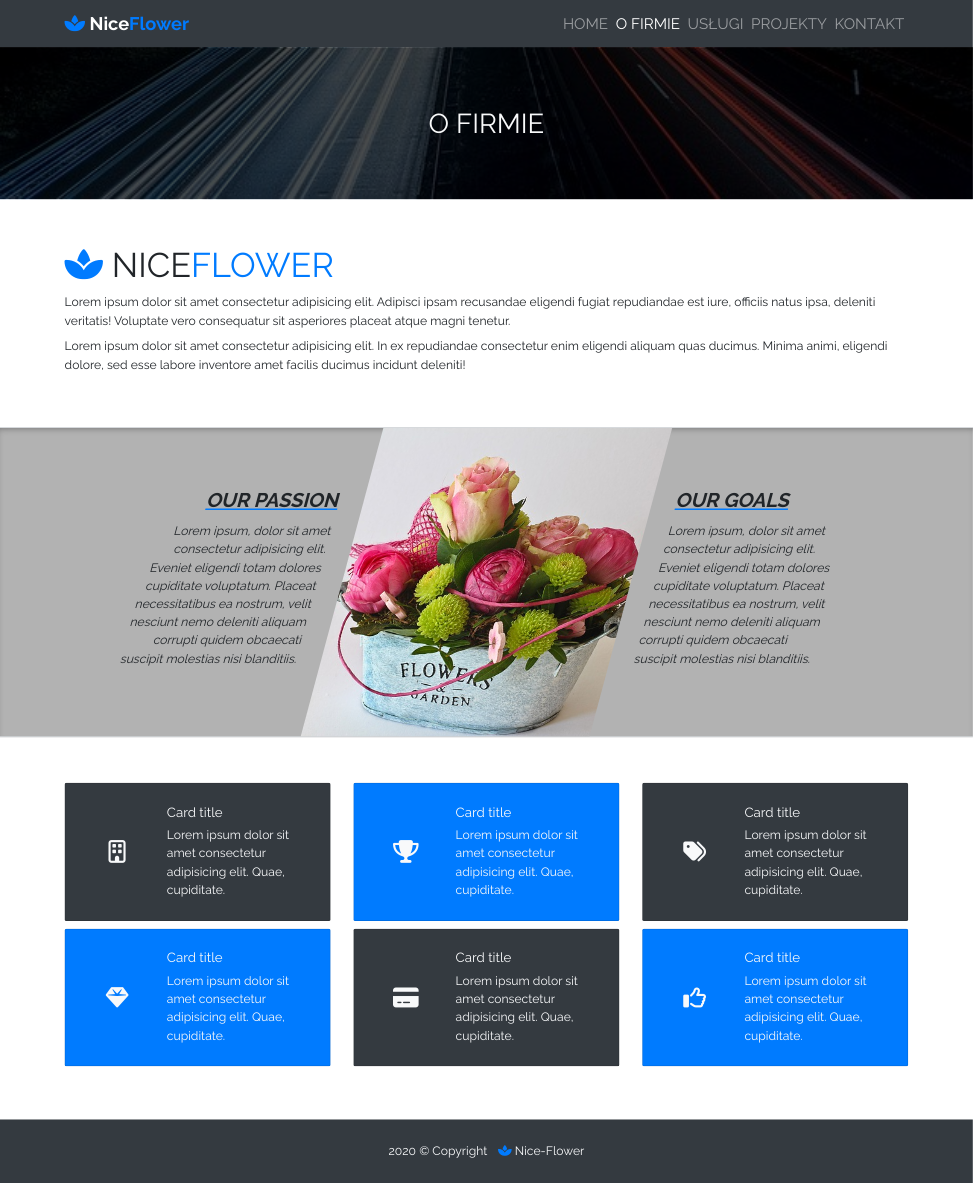
Repository: KrzysKolo/Projekt-13_Kwiaciarnia
Page: abouteus.html
The author's editor kept a copy of each file at every save. The page is drawn from the files as they stood at one save, then again after the next save.
The browser window is 1280 px wide. The pictures show the whole page, at 76% of full size.
Some web libraries are served in a nearby version.

Above is the page before, as saved 2020-08-10 10:38:49.

After the next save:
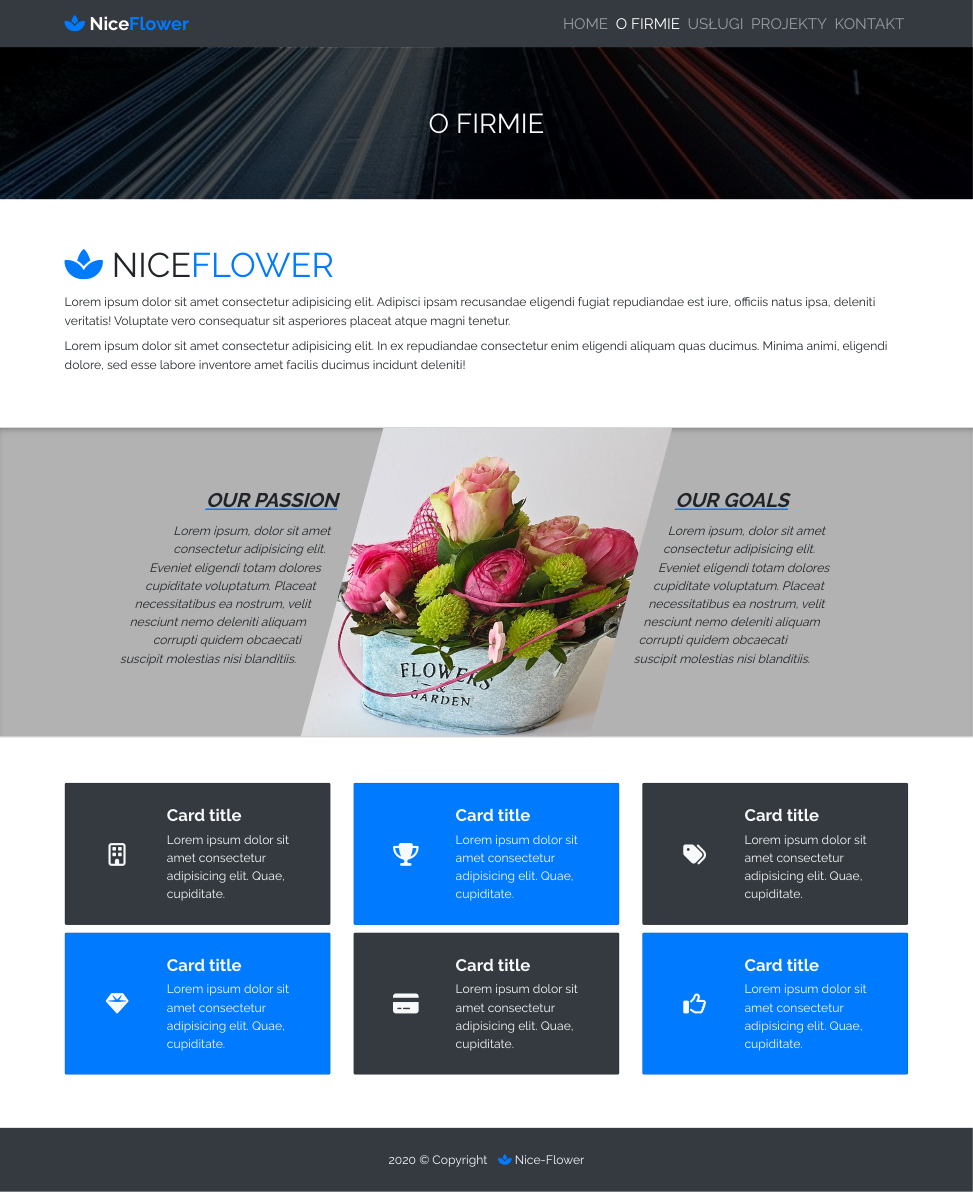
Saved 68 s later.
--- a/style.css
+++ b/style.css
@@ -139,6 +139,10 @@ header {
 .aboutus-bottom i {
   font-size: 3rem;
 }
+.aboutus-bottom h3 {
+  font-size: 2.2rem;
+  font-weight: bold;
+}
 /* ----------- */
 /*    footer   */
 /* ----------- */
